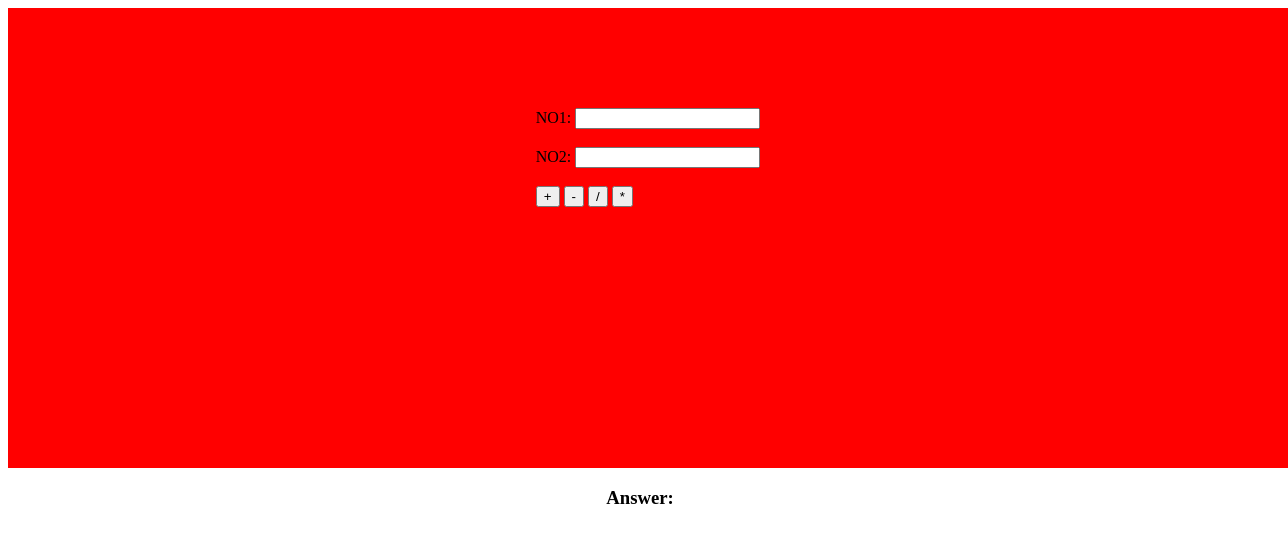
Repository: sajithmadushanka/simple-calculator-using-jsp
Page: http://localhost/simple_calculator/
The author's editor kept a copy of each file at every save. The page is drawn from the files as they stood at one save, then again after the next save.
The browser window is 1280 px wide. The page is 1288 px wide, so the pictures cover 1288 px, including what lies to the right of the window. The pictures show the whole page.
The page is served by Tomcat 9.

Above is the page before, as saved 2023-09-19 09:34:51.

After the next save:
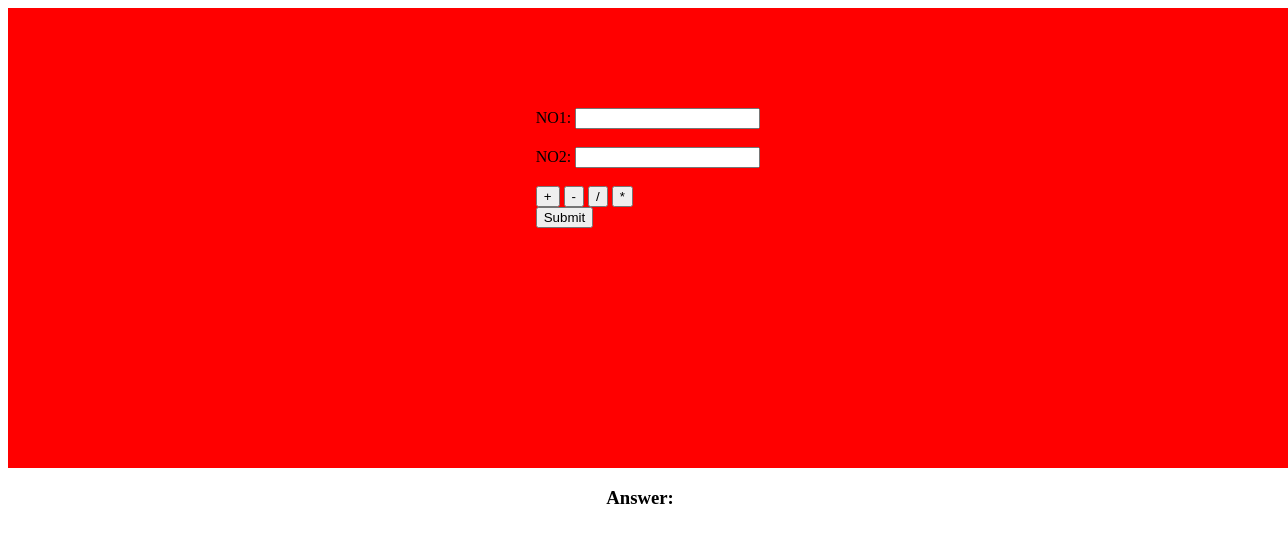
Saved 88 s later.
--- a/simple_calculator/WebContent/index.jsp
+++ b/simple_calculator/WebContent/index.jsp
@@ -21,13 +21,14 @@
 </head>
 <body>
 	<div class ="main">
-		<form>
+		<form method="post" action ="Calculator">
 			NO1: <input type="number" name = "no1"> <br> <br>
 			NO2: <input type="number" name = "no2"> <br> <br>
 			<input type = "button" name = "+" value= "+">
 			<input type = "button" name = "-" value= "-">
 			<input type = "button" name = "/" value= "/">
 			<input type = "button" name = "*" value= "*"><br>
+			<input type = "submit">
 		</form>
 
 	</div>
